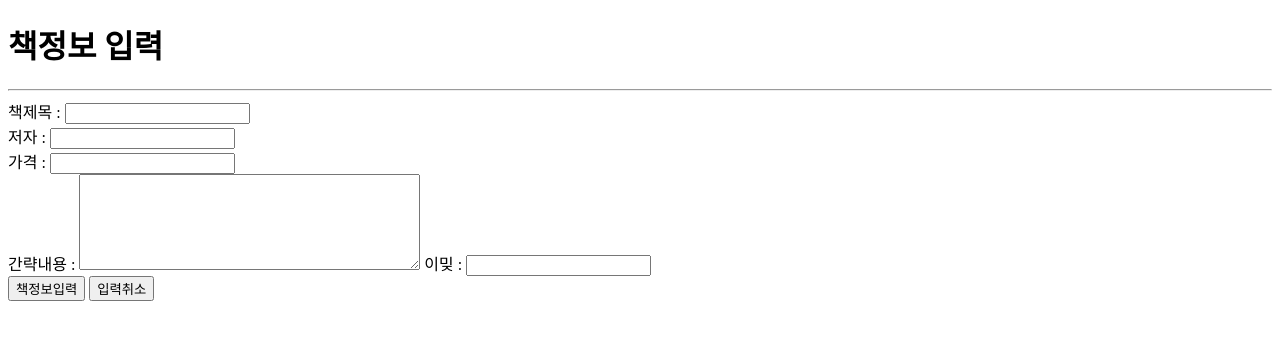
Repository: fhwang2/WEB
Page: 190710_JSP_withDB/WebContent/inputForm.html
These files come from the project's save history. The page is drawn as it stood at one moment and after the next save; the edit follows.
The browser window is 1280 px wide. The pictures show the whole page.

Above is the page before, as saved 2019-07-10 02:13:12.

### 190710_JSP_withDB/WebContent/inputForm.html
<!DOCTYPE html>
<html>
<head>
<meta charset="UTF-8">
<title>Insert title here</title>
</head>
<body>
	<h1>책정보 입력</h1>
	<hr>
	<form action="insert_check.jsp" method="POST">
		책제목 : <input type="text" name="title"><br>  <!-- jsp에서는 name으로 id 지정 -->
		저자 : <input type="text" name="author"><br>
		가격 : <input type="text" name="price"><br>
		간략내용 : <textarea name="content" rows="6" cols="40"></textarea> <!-- textarea 열고닫음 사이에 공백포함 아무것도 넣지 않도록 주의한다 -->
		이밎 : <input type="text" name="img">
		<br>
		<input type="submit" value="책정보입력"> <!-- 자기가 소속되어있는 form tag에 대해서만 제어 -->
		<input type="reset" value="입력취소">

	</form>
</body>
</html>

After the next save:
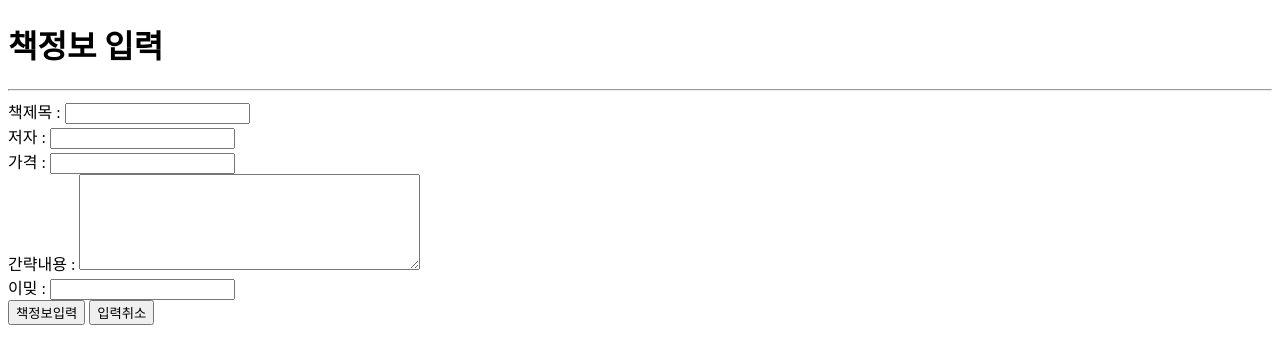
Saved 5 s later.
--- a/190710_JSP_withDB/WebContent/inputForm.html
+++ b/190710_JSP_withDB/WebContent/inputForm.html
@@ -11,7 +11,7 @@
 		책제목 : <input type="text" name="title"><br>  <!-- jsp에서는 name으로 id 지정 -->
 		저자 : <input type="text" name="author"><br>
 		가격 : <input type="text" name="price"><br>
-		간략내용 : <textarea name="content" rows="6" cols="40"></textarea> <!-- textarea 열고닫음 사이에 공백포함 아무것도 넣지 않도록 주의한다 -->
+		간략내용 : <textarea name="content" rows="6" cols="40"></textarea><br> <!-- textarea 열고닫음 사이에 공백포함 아무것도 넣지 않도록 주의한다 -->
 		이밎 : <input type="text" name="img">
 		<br>
 		<input type="submit" value="책정보입력"> <!-- 자기가 소속되어있는 form tag에 대해서만 제어 -->
